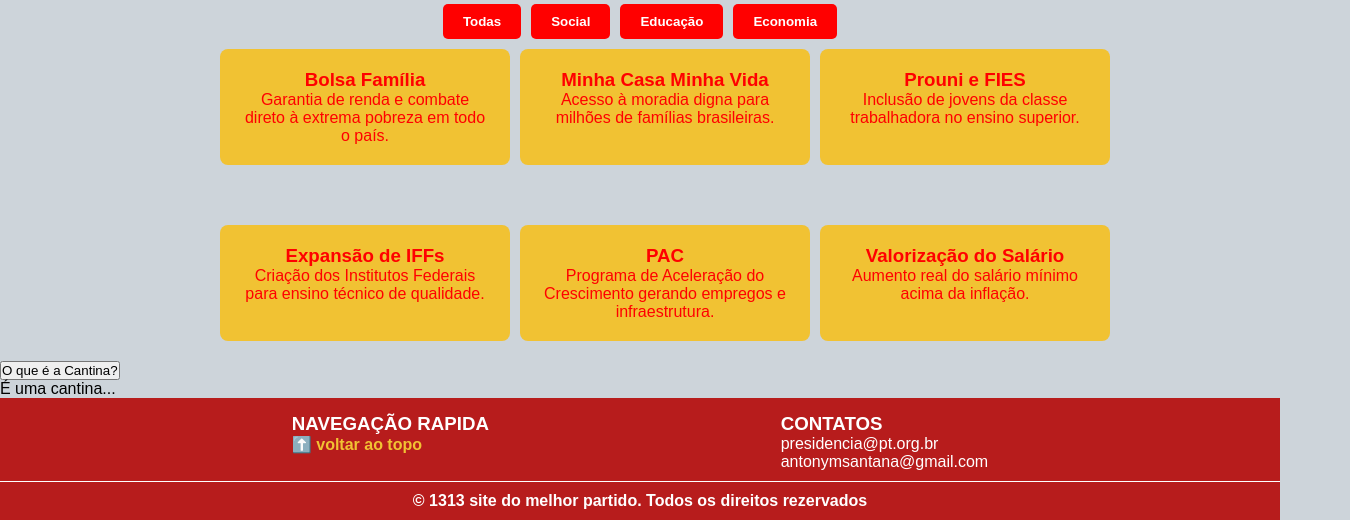
Repository: antonymsantana-design/second.revision
Page: html/html.html
The author's editor kept a copy of each file at every save. The page is drawn from the files as they stood at one save, then again after the next save.
The browser window is 1280 px wide. The page is 1350 px wide, so the pictures cover 1350 px, including what lies to the right of the window. The pictures show the part of the page from y = 1723 to 2243 px (the page is 2243 px tall).

Above is the page before, as saved 2026-09-05 13:30:40.

### html/html.html
<!doctype html>
<html lang="pt-br">
  <head>
    <meta charset="UTF-8" />
    <meta name="viewport" content="width=device-width, initial-scale=1.0" />
    <title>avaliação</title>
    <link rel="stylesheet" href="../css/css.css" />
    <script src="../js/js.js" defer></script>
  </head>
  <header>
    <div class="conteudoH" id="conteudoH">
      <div class="imagem" id="imagem">
        <img
          src="../IMAGENS/partido-dos-trabalhadores-pt.png"
          alt="logo"
          class="logoIMG"
          id="logoIMG"
        />
      </div>
      <div class="links" id="links">
        <a href="#" class="aLinks">EXPERIÊNCIAS</a>
        <a href="#" class="aLinks">PROJETOS</a>
        <a href="#" class="aLinks">SOBRE</a>
      </div>
      <div class="btnDiv" id="btnDiv">
        <button class="btn" id="btn">
          <div class="btnTxt" id="btnTxt">
            <p>contrate-nos</p>
          </div>
        </button>
      </div>
    </div>
  </header>

  <body>
    <div class="conteudo">
      <div class="texto">
        <h1 class="faça_o_l">FAÇA O L</h1>
        <br />
        <h1 class="imediatamente">IMEDIATAMENTE</h1>
      </div>
    </div>

    <div class="cards">
      <div class="card">
        <div class="imagemCard">
          <img src="../IMAGENS/fazoL.webp" alt="ptzão" />
        </div>
        <div class="textoC">
          <p>
            O L desenhado pelas mãos do povo é o nosso escudo estampado no
            peito, o brasão de uma nação que recusou o fim e escolheu se
            reconstruir. Assim como os maiores símbolos de proteção, ele traz a
            força indomável dos esquecidos, a coragem da classe trabalhadora e o
            abraço que resgata a dignidade de cada família. Fazer o L não é
            apenas um gesto: é a armadura invisível da justiça, a poesia de quem
            luta sem medo e a prova viva de que a esperança sempre vence
            qualquer escuridão.
          </p>
        </div>
      </div>

      <div class="card">
        <div class="imagemCard">
          <img src="../IMAGENS/Design sem nome.png" alt="ptzão" />
        </div>
        <div class="textoC">
          <p>
            A reconstrução do Brasil é a nossa maior batalha vitoriosa, o
            compromisso sagrado de honrar quem ergue este país com as próprias
            mãos. É o salário que volta a ter valor de arma contra a miséria, o
            prato cheio que alimenta a dignidade e a porta da universidade
            aberta para o filho do trabalhador. Erguemos de volta a estrutura de
            uma nação soberana, provando que quando a força do povo se levanta,
            nenhuma injustiça é capaz de ficar em pé.
          </p>
        </div>
      </div>

      <div class="card">
        <div class="imagemCard">
          <img src="../IMAGENS/Design sem nome (1).png" alt="ptzão" />
        </div>
        <div class="textoC">
          <p>
            Nossa verdadeira força nunca esteve em batalhas solitárias, mas no
            exército invencível de milhões de corações alinhados. É o povo
            organizado no campo, na fábrica e na periferia, formando uma
            barreira inabalável em defesa da liberdade e do futuro. Estar juntos
            é carregar o juramento de não deixar ninguém para trás. Somos a
            guarda permanente do país, os guardiões da justiça social e a prova
            de que a nossa união é o maior poder da Terra.
          </p>
        </div>
      </div>
    </div>

    <div class="cardsV">
      <div class="video">
        <video autoplay loop muted playsinline>
          <source src="../video/video1.mp4" type="video/mp4" />
        </video>
      </div>
      <div class="video">
        <video autoplay loop muted playsinline>
          <source src="../video/video2.mp4" type="video/mp4" />
        </video>
      </div>
      <div class="video">
        <video autoplay loop muted playsinline>
          <source src="../video/video3.mp4" type="video/mp4" />
        </video>
      </div>
    </div>

    <div class="galery">
      <div class="btnfiltro">
        <button class="btn-filtro" data-categoria="todos">Todas</button>
        <button class="btn-filtro" data-categoria="social">Social</button>
        <button class="btn-filtro" data-categoria="educacao">Educação</button>
        <button class="btn-filtro" data-categoria="economia">Economia</button>
      </div>

      <div class="cards-galeria">
        <div class="card-item" data-categoria="social">
          <h3>Bolsa Família</h3>
          <p>
            Garantia de renda e combate direto à extrema pobreza em todo o país.
          </p>
        </div>

        <div class="card-item" data-categoria="social">
          <h3>Minha Casa Minha Vida</h3>
          <p>Acesso à moradia digna para milhões de famílias brasileiras.</p>
        </div>

        <div class="card-item" data-categoria="educacao">
          <h3>Prouni e FIES</h3>
          <p>Inclusão de jovens da classe trabalhadora no ensino superior.</p>
        </div>

        <div class="card-item" data-categoria="educacao">
          <h3>Expansão de IFFs</h3>
          <p>
            Criação dos Institutos Federais para ensino técnico de qualidade.
          </p>
        </div>

        <div class="card-item" data-categoria="economia">
          <h3>PAC</h3>
          <p>
            Programa de Aceleração do Crescimento gerando empregos e
            infraestrutura.
          </p>
        </div>

        <div class="card-item" data-categoria="economia">
          <h3>Valorização do Salário</h3>
          <p>Aumento real do salário mínimo acima da inflação.</p>
        </div>
      </div>
    </div>

    <div class="faq">
      <button>O que é a Cantina?</button>
      <p id="resposta">É uma cantina...</p>
    </div>

    <div class="modal-overlay" id="modalContato">
      <div class="modal-box">
        <span id="btnClose" class="close-btn">X</span>
        <h2 class="modal-title">FALE CONOSCO</h2>

        <form id="formContato">
          <div class="input-group">
            <label for="nome">Nome</label>
            <input type="text" id="nome" required />
          </div>
          <div class="input-group">
            <label for="email">E-mail</label>
            <input type="email" id="email" required />
          </div>
          <div class="input-group">
            <label for="Assunto">Assunto</label>
            <input type="text" id="assunto" required />
          </div>
          <div class="input-group">
            <label for="mensagem">mensagem</label>
            <textarea id="mensagem" rows="4" required></textarea>
          </div>

          <button type="submit" class="btn-enviar" id="enviar">ENVIAR</button>
        </form>
      </div>
    </div>
  </body>
  <footer>
    <div class="cima">
      <div class="esquerda">
        <h3>NAVEGAÇÃO RAPIDA</h3>
        <h4 class="btnTopo" id="btnTopo">⬆️ voltar ao topo</h4>
      </div>
      <div class="direita">
        <h3>CONTATOS</h3>
        <a href="">presidencia@pt.org.br</a> <br />
        <a href="">antonymsantana@gmail.com</a>
      </div>
    </div>
    <div class="baixo">
      <h4>© 1313 site do melhor partido. Todos os direitos rezervados</h4>
    </div>
  </footer>
</html>

### css/css.css
* {
    padding: 0px;
    margin: 0px;
    font-family: Arial, Helvetica, sans-serif;
}

body {
    background-color: rgb(205, 212, 218);
}

header {
    background-color: #f1c233;
    height: 110px;
    border-bottom: red solid 3px;
}

.conteudoH {
    display: flex;
    justify-content: space-between;
    padding-right: 100px;
    align-items: center;
}

.imagem {
    margin-left: 20px;
    margin-top: 5px;
}

.logoIMG {
    width: 100px;
    height: 100px;
}

.links {
    display: flex;
    gap: 20px;
    justify-content: center;
    padding-right: 130px;
}

.links a {
    text-decoration: none;
    color: red;
    transition: 0.5s ease;
}

.aLinks:hover {
    transform: translateY(-5px);
    box-shadow: 0 4px 10px rgba(0, 0, 0, 0.15);
    background-color: red;
    color: #f1c233;
    border-radius: 5px;
    width: 120px;
    height: 30px;
    display: flex;
    justify-content: center;
    align-items: center;
}

.btnDiv {
    display: flex;
}

.btn {
    display: flex;
    justify-content: center;
    width: 120px;
    height: 70px;
    background-color: red;
    border: none;
    color: white;
    align-items: center;
    border-radius: 8px;
    transition: 0.3s ease;
    cursor: pointer;
}

.btn:hover {
    transform: translateY(-5px);
    box-shadow: 0 8px 15px rgba(255, 0, 0, 0.4);
}

.conteudo {
    background-image: url(../IMAGENS/maxresdefault.jpg);
    background-repeat: no-repeat;
    background-size: cover;
    background-position: center;
    height: 100vh;
}

.texto {
    padding-top: 250px;
    padding-left: 100px;
    font-size: 40px;
}

.faça_o_l {
    color: #f1c233;
}

.imediatamente {
    color: red;
}

.cards {
    display: flex;
    justify-content: space-around;
    margin-top: 20px;
}

.card {
    background-color: #f1c233;
    height: 500px;
    width: 430px;
    border-radius: 10px;
    display: flex;
    justify-content: center;
    align-items: center;
    position: relative;
    transition: 0.3s ease;
}

.card:hover {
    transform: translateY(-10px);
    box-shadow: 0 12px 25px rgba(0, 0, 0, 0.3);
    background-color: red;
}

.imagemCard {
    width: 300px;
    height: 300px;
    position: absolute;
    top: 50%;
    left: 50%;
    transform: translate(-50%, -50%);
    transition: 0.3s ease;
}

.imagemCard img {
    width: 100%;
    transition: 0.3s ease;
}

.card:hover img {
    opacity: 0;
}

.textoC {
    color: #f1c233;
    text-align: center;
    justify-content: center;
    align-items: center;
    font-size: 20px;
    display: flex;
    height: 500px;
    width: 430px;
    padding: 20px;
    box-sizing: border-box;
}

.cardsV {
    display: flex;
    justify-content: space-around;
    margin-top: 90px;
}

.cardsV video {
    width: 450px;
    border-radius: 10px;
    padding-bottom: 55px;
    transition: 0.3s ease;
}

.cardsV video:hover {
    transform: translateY(-8px);
}

.modal-overlay {
    position: fixed;
    top: 0;
    left: 0;
    width: 100vw;
    height: 100vh;
    background-color: rgba(0, 0, 0, 0.65);
    display: none;
    justify-content: center;
    align-items: center;
    z-index: 9999;
}

.modal-overlay.active {
    display: flex;
}

.modal-box {
    background-color: #f1c233;
    width: 90%;
    max-width: 420px;
    padding: 30px 25px;
    position: relative;
    box-shadow: 0 8px 20px rgba(0, 0, 0, 0.3);
    border-radius: 5px;
}

.close-btn {
    position: absolute;
    top: 12px;
    right: 20px;
    font-size: 26px;
    color: red;
    cursor: pointer;
    font-weight: bold;
    transition: 0.3s ease;
}

.close-btn:hover {
    transform: scale(1.2);
}

.modal-title {
    text-align: center;
    margin-bottom: 20px;
    color: red;
}



.input-group {
    display: flex;
    flex-direction: column;
    margin-bottom: 12px;
}

.input-group label {
    font-size: 14px;
    font-weight: bold;
    color: red;
    margin-bottom: 4px;
}

.input-group input,
.input-group textarea {
    border: none;
    border-radius: 8px;
    padding: 10px;
    resize: vertical;
    outline: none;
    font-size: 14px;
}

.btn-enviar {
    display: block;
    margin: 20px auto 0 auto;
    background-color: red;
    color: white;
    border: none;
    padding: 10px 40px;
    border-radius: 20px;
    font-weight: bold;
    cursor: pointer;
    transition: 0.3s ease;
}

.btn-enviar:hover {
    transform: translateY(-3px);
    box-shadow: 0 5px 15px rgba(0, 0, 0, 0.2);
}

footer {
    background-color: #b71c1c;
    color: white;
    padding-top: 15px;
}

.cima {
    border-bottom: white 1px solid;
    padding-bottom: 10px;
    display: flex;
    justify-content: space-evenly;
}

.direita a {
    color: white;
    text-decoration: none;
    transition: 0.3s ease;
}

.direita a:hover {
    color: #f1c233;
}

.btnTopo {
    cursor: pointer;
    color: #f1c233;
    transition: 0.3s ease;
}

.btnTopo:hover {
    transform: translateY(-3px);
}

.baixo {
    text-align: center;
    padding: 10px 0;
}

.galery{
    padding-bottom: 20px;
}

.card-item {
    background-color: #f1c233;
    color: red;
    padding: 20px;
    border-radius: 8px;
    width: 250px;
    text-align: center;
    transition: 0.3s ease;
}

.btnfiltro{
    padding-bottom: 10px;
     display: flex;
    justify-content: center;
    gap: 10px;
}

.card-item:hover {
    transform: translateY(-5px);
    box-shadow: 0 5px 15px rgba(0, 0, 0, 0.2);
}

.btn-filtroT{
    background-color: #f1c233;
    color: white;
    border: none;
    padding: 10px 20px;
    border-radius: 5px;
    cursor: pointer;
    font-weight: bold;
    transition: 0.3s ease;
}

.btn-filtro {
    background-color: red;
    color: white;
    border: none;
    padding: 10px 20px;
    border-radius: 5px;
    cursor: pointer;
    font-weight: bold;
    transition: 0.3s ease;
}

.btn-filtro.trocarCor{
    background-color: #f1c233;
    color: white;
}

.btn-filtro:hover {
    background-color: #b71c1c;
    transform: translateY(-2px);
}

.cards-galeria{
    display: grid;
    justify-content: center;
    grid-template-columns: repeat(3, 240px);
    gap: 60px;
}

.card-item.escondido {
    display: none;
}

### js/js.js
// 1. Guardamos os elementos da tela dentro de variáveis
const modal = document.getElementById('modalContato')
const btnAbrir = document.getElementById('btn')
const btnFechar = document.getElementById('btnClose')
const enviar = document.getElementById('enviar')
const rolar = document.getElementById('btnTopo')


btnAbrir.onclick = function() {
    modal.classList.add('active')
}

btnFechar.onclick = function() {
    modal.classList.remove('active')
}

enviar.onclick = function(){
    window.alert('enviado com sucesso')
    modal.classList.remove('active')
}

rolar.onclick = function(){
    window.scrollTo({
        top: 0,
        behavior: "smooth"
    })
}

const botoes = document.querySelectorAll('.btn-filtro')
const cards = document.querySelectorAll('.card-item')

botoes.forEach(botao => {
    botao.addEventListener('click', () => {
        const categoriaSelec = botao.getAttribute('data-categoria')
        cards.forEach(card => {
            const categoriaCard = card.getAttribute('data-categoria')
            if(categoriaSelec === "todos" || categoriaSelec === categoriaCard){
                card.classList.remove('escondido');
            }else{
                card.classList.add('escondido');
            }
        })
    })
})

After the next save:
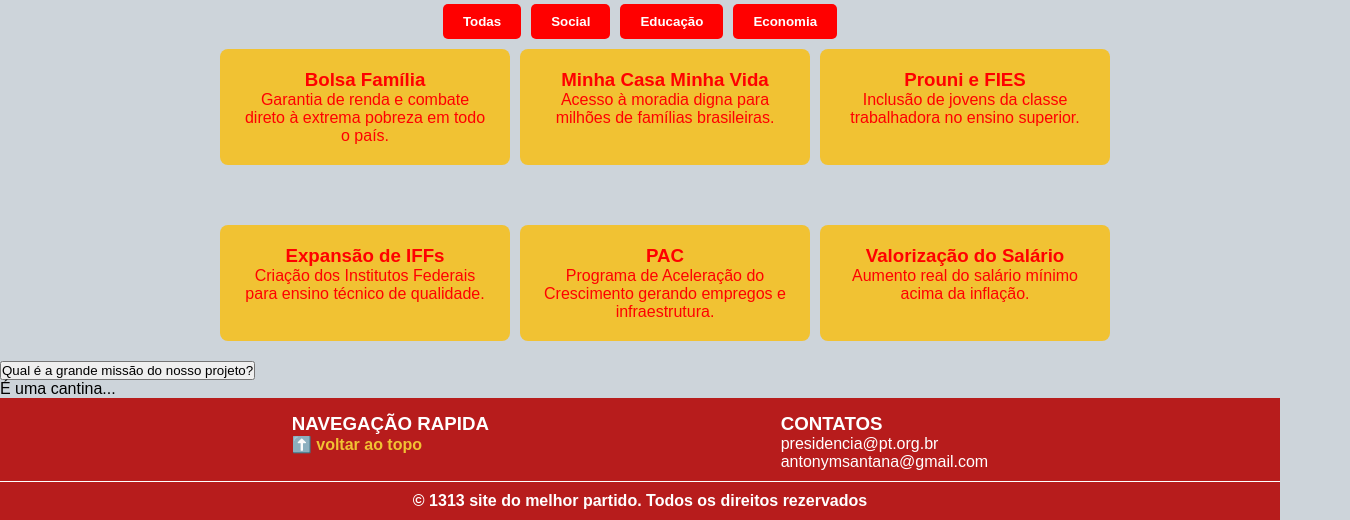
Saved 4 s later.
--- a/html/html.html
+++ b/html/html.html
@@ -162,7 +162,7 @@
     </div>
 
     <div class="faq">
-      <button>O que é a Cantina?</button>
+      <button>Qual é a grande missão do nosso projeto?</button>
       <p id="resposta">É uma cantina...</p>
     </div>
 
